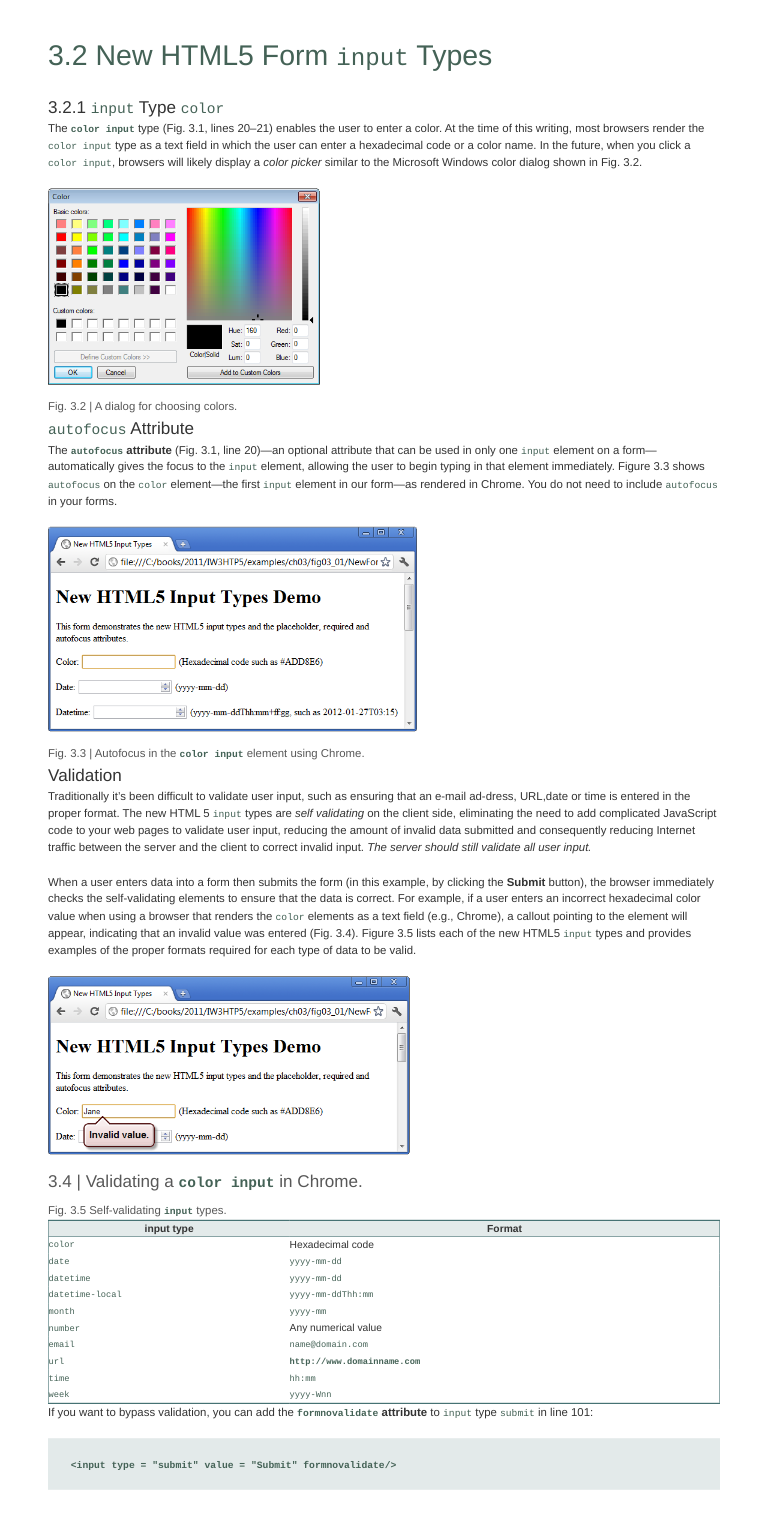
Repository: mlmEFSC21/P4-Textbook-Copy
Page: index.html
The author's editor kept a copy of each file at every save. The page is drawn from the files as they stood at one save, then again after the next save.
The browser window is 1280 px wide. The pictures show the whole page, at 60% of full size.

Above is the page before, as saved 2022-02-03 18:54:20.

### index.html
<!DOCTYPE html>
<html lang="en">
    <head>
        <meta charset="UTF-8" />
        <meta http-equiv="X-UA-Compatible" content="IE=edge" />
        <meta name="viewport" content="width=device-width, initial-scale=1.0" />
        <link rel="stylesheet" href="bookStyles.css" />
        <title>Laying Out Book Pages</title>
    </head>
    <header>
        <h1>
            3.2 New HTML5 Form <code><span class="header1">input</span></code> Types
        </h1>
    </header>
    <body>
        <section class="color-input-type">
            <header>
                <h2>3.2.1 <code>input</code> Type <code>color</code></h2>
            </header>
            <p>
                The <code><span class="code-heavy">color input</span></code> type (Fig. 3.1, lines
                20–21) enables the user to enter a color. At the time of this writing, most browsers
                render the <code>color input</code> type as a text field in which the user can enter
                a hexadecimal code or a color name. In the future, when you click a
                <code>color input</code>, browsers will likely display a
                <em>color picker</em> similar to the Microsoft Windows color dialog shown in Fig.
                3.2.
            </p>
            <figure>
                <img src="images\OperaColorInput.png" alt="Microsoft Windows color dialog" />
                <figcaption>Fig. 3.2 | A dialog for choosing colors.</figcaption>
            </figure>
        </section>
        <section class="autofocus-attribute">
            <header>
                <h2><code>autofocus</code> Attribute</h2>
            </header>
            <p>
                The <code><span class="code-heavy">autofocus</span></code>
                <strong>attribute</strong> (Fig. 3.1, line 20)—an optional attribute that can be
                used in only one <code>input</code> element on a form—automatically gives the focus
                to the <code>input</code> element, allowing the user to begin typing in that element
                immediately. Figure 3.3 shows <code>autofocus</code> on the
                <code>color</code> element—the first <code>input</code> element in our form—as
                rendered in Chrome. You do not need to include <code>autofocus</code> in your forms.
            </p>
            <figure>
                <img
                    src="images\Autofocus.png"
                    alt="web page demo of autofocus on a color input field"
                />
                <figcaption>
                    Fig. 3.3 | Autofocus in the
                    <code><span class="code-heavy">color input</span></code> element using Chrome.
                </figcaption>
            </figure>
        </section>
        <section class="input-validation">
            <header>
                <h2>Validation</h2>
            </header>
            <p>
                Traditionally it’s been difficult to validate user input, such as ensuring that an
                e-mail ad-dress, URL,date or time is entered in the proper format. The new HTML 5
                <code>input</code> types are <em>self validating</em> on the client side,
                eliminating the need to add complicated JavaScript code to your web pages to
                validate user input, reducing the amount of invalid data submitted and consequently
                reducing Internet traffic between the server and the client to correct invalid
                input. <em>The server should still validate all user input.</em>
            </p>
            <p>
                When a user enters data into a form then submits the form (in this example, by
                clicking the <strong>Submit</strong> button), the browser immediately checks the
                self-validating elements to ensure that the data is correct. For example, if a user
                enters an incorrect hexadecimal color value when using a browser that renders the
                <code>color</code> elements as a text field (e.g., Chrome), a callout pointing to
                the element will appear, indicating that an invalid value was entered (Fig. 3.4).
                Figure 3.5 lists each of the new HTML5 <code>input</code> types and provides
                examples of the proper formats required for each type of data to be valid.
            </p>
            <figure>
                <img
                    src="images\SelfValidationChrome.png"
                    alt="web page demo of validation preventing a non color input into a color input field"
                />
                <figcaption>
                    <header>
                        <h2 class="fig-cap">
                            3.4 | Validating a
                            <code><span class="code-heavy">color input</span></code> in Chrome.
                        </h1>
                    </header>
                </figcaption>
            </figure>
        </section>
        <section class="self-validating-types">
            <figure>
                <figcaption>
                    Fig. 3.5 Self-validating
                    <code><span class="code-heavy">input</span></code> types.
                </figcaption>
                <table class="validation-table">
                    <thead>
                        <th>input type</th>
                        <th>Format</th>
                    </thead>
                    <tr>
                        <td><code>color</code></td>
                        <td>Hexadecimal code</td>
                    </tr>
                    <tr>
                        <td><code>date</code></td>
                        <td><code>yyyy-mm-dd</code></td>
                    </tr>
                    <tr>
                        <td><code>datetime</code></td>
                        <td><code>yyyy-mm-dd</code></td>
                    </tr>
                    <tr>
                        <td><code>datetime-local</code></td>
                        <td><code>yyyy-mm-ddThh:mm</code></td>
                    </tr>
                    <tr>
                        <td><code>month</code></td>
                        <td><code>yyyy-mm</code></td>
                    </tr>
                    <tr>
                        <td><code>number</code></td>
                        <td>Any numerical value</td>
                    </tr>
                    <tr>
                        <td><code>email</code></td>
                        <td><code>name@domain.com</code></td>
                    </tr>
                    <tr>
                        <td><code>url</code></td>
                        <td>
                            <a href="http://www.domainname.com"
                                ><code>http://www.domainname.com</code></a
                            >
                        </td>
                    </tr>
                    <tr>
                        <td><code>time</code></td>
                        <td><code>hh:mm</code></td>
                    </tr>
                    <tr>
                        <td><code>week</code></td>
                        <td><code>yyyy-Wnn</code></td>
                    </tr>
                </table>
            </figure>
            <aside>
                <p>
                    If you want to bypass validation, you can add the
                    <code><span class="code-heavy">formnovalidate</span></code>
                    <strong>attribute</strong> to <code>input</code> type <code>submit</code> in
                    line 101:
                </p>
                <div class="form-no-val">
                    <span class="code-heavy"
                        ><code
                            >&lt;input type = "submit" value = "Submit" formnovalidate/&gt;</code
                        ></span
                    >
                </div>
            </aside>
        </section>
    </body>
</html>

### bookStyles.css
:root {
    --clr-prime: #;
    --clr-font-prime: #333;
    --clr-font-code: #446256;
    --clr-font-links: #275b8a;
    --clr-font-fig-figcap: #585858;
    --clr-background: white;
    --clr-background-accent: rgba(70, 114, 115, 0.15);
}
*,
*::before,
*::after {
    margin: 0;
    padding: 0;
    box-sizing: border-box;
}
html {
    font-size: 19px;
    font-family: sans-serif;
}
body {
    font-family: "Helvetica Neue", Helvetica, Arial, "Lucida Grande", sans-serif;
    margin: 57px 0;
    padding: 0 80px;
    padding: auto;
    line-height: 1.5;
    background-color: var(--clr-background);
    color: var(--clr-font-prime);
}
h1 {
    font-size: 2.5em;
    margin-top: 1.15em;
    margin-bottom: 0.6em;
    font-style: normal;
    font-weight: 300;
    line-height: 1.5;
}
h2 {
    font-weight: 400;
}
h1,
code {
    color: var(--clr-font-code);
}
figure figcaption {
    margin-top: 0.75em;
    color: var(--clr-font-fig-figcap);
    font-weight: 300;
}
figure header h1 {
    margin-bottom: 0;
    font-size: 1em;
    color: var(--clr-font-fig-figcap)
    font-weight: 700;
}
code {
    font-family: Courier, "Courier New", monospace;
    font-size: 0.85em;
}
.code-heavy {
    font-weight: 900;
}
p {
    margin-bottom: 1.5em;
}
table {
    width: 100%;
    border-style: solid;
    border-width: 2px 1px 2px;
    border-color: #467273;
    border-radius: 0;
    font-size: .9em;
    line-height: 1.5em;
    border-collapse: collapse;
}
th {
    border-bottom: 1px solid #467273;
}
tr {
    display: table-row;
}
div {
    padding: 1.5em 0 1.5em 2em;
}
th,
div {
    background-color: var(--clr-background-accent);
}
a {
    color: var(--clr-font-links);
    text-decoration: none;
    font-weight: 700;
    cursor: pointer;
}

After the next save:
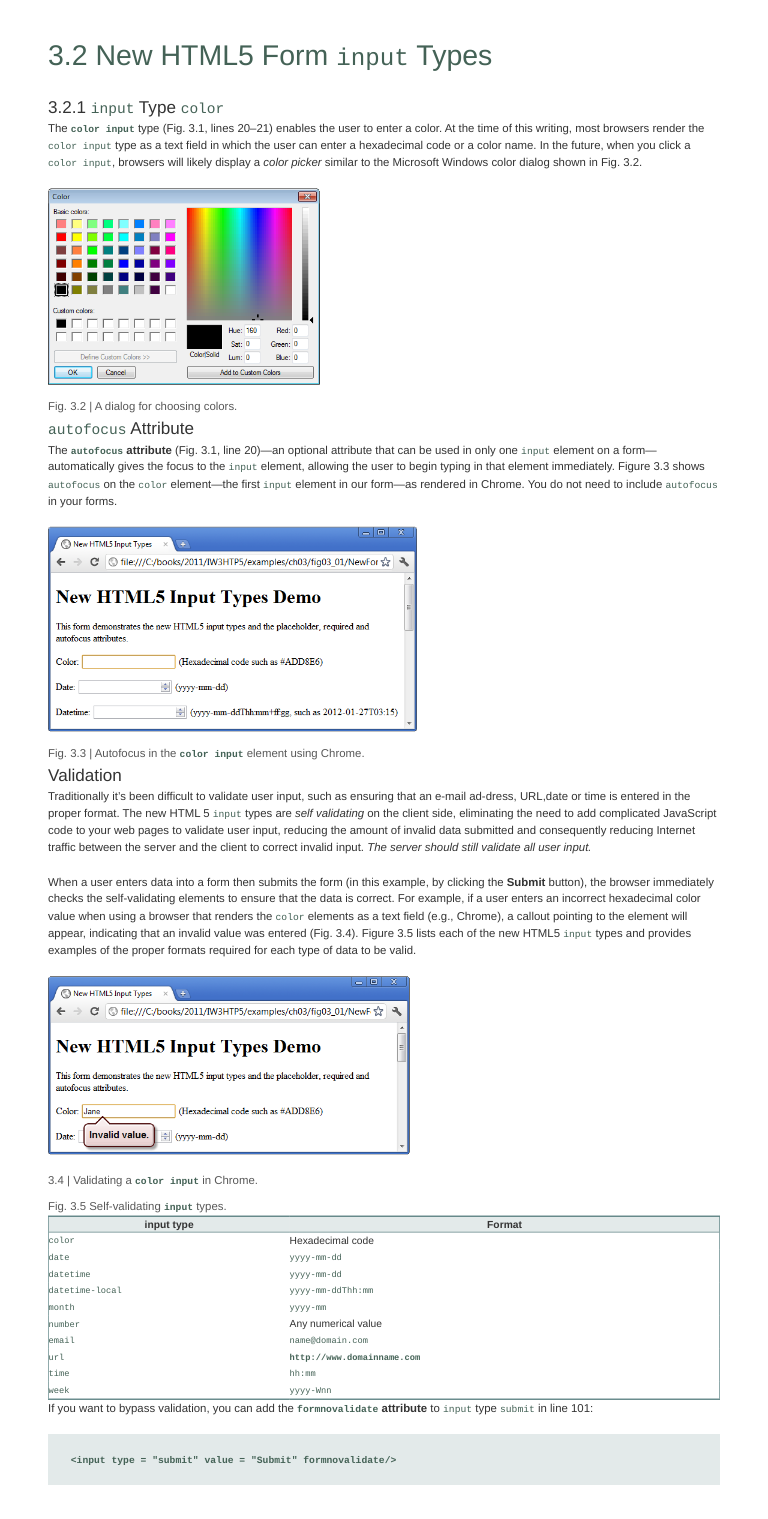
Saved 66 s later.
--- a/index.html
+++ b/index.html
@@ -85,7 +85,7 @@
                 />
                 <figcaption>
                     <header>
-                        <h2 class="fig-cap">
+                        <h1 class="fig-cap">
                             3.4 | Validating a
                             <code><span class="code-heavy">color input</span></code> in Chrome.
                         </h1>
@@ -104,50 +104,52 @@
                         <th>input type</th>
                         <th>Format</th>
                     </thead>
-                    <tr>
-                        <td><code>color</code></td>
-                        <td>Hexadecimal code</td>
-                    </tr>
-                    <tr>
-                        <td><code>date</code></td>
-                        <td><code>yyyy-mm-dd</code></td>
-                    </tr>
-                    <tr>
-                        <td><code>datetime</code></td>
-                        <td><code>yyyy-mm-dd</code></td>
-                    </tr>
-                    <tr>
-                        <td><code>datetime-local</code></td>
-                        <td><code>yyyy-mm-ddThh:mm</code></td>
-                    </tr>
-                    <tr>
-                        <td><code>month</code></td>
-                        <td><code>yyyy-mm</code></td>
-                    </tr>
-                    <tr>
-                        <td><code>number</code></td>
-                        <td>Any numerical value</td>
-                    </tr>
-                    <tr>
-                        <td><code>email</code></td>
-                        <td><code>name@domain.com</code></td>
-                    </tr>
-                    <tr>
-                        <td><code>url</code></td>
-                        <td>
-                            <a href="http://www.domainname.com"
-                                ><code>http://www.domainname.com</code></a
-                            >
-                        </td>
-                    </tr>
-                    <tr>
-                        <td><code>time</code></td>
-                        <td><code>hh:mm</code></td>
-                    </tr>
-                    <tr>
-                        <td><code>week</code></td>
-                        <td><code>yyyy-Wnn</code></td>
-                    </tr>
+                    <tbody>
+                        <tr>
+                            <td><code>color</code></td>
+                            <td>Hexadecimal code</td>
+                        </tr>
+                        <tr>
+                            <td><code>date</code></td>
+                            <td><code>yyyy-mm-dd</code></td>
+                        </tr>
+                        <tr>
+                            <td><code>datetime</code></td>
+                            <td><code>yyyy-mm-dd</code></td>
+                        </tr>
+                        <tr>
+                            <td><code>datetime-local</code></td>
+                            <td><code>yyyy-mm-ddThh:mm</code></td>
+                        </tr>
+                        <tr>
+                            <td><code>month</code></td>
+                            <td><code>yyyy-mm</code></td>
+                        </tr>
+                        <tr>
+                            <td><code>number</code></td>
+                            <td>Any numerical value</td>
+                        </tr>
+                        <tr>
+                            <td><code>email</code></td>
+                            <td><code>name@domain.com</code></td>
+                        </tr>
+                        <tr>
+                            <td><code>url</code></td>
+                            <td>
+                                <a href="http://www.domainname.com"
+                                    ><code>http://www.domainname.com</code></a
+                                >
+                            </td>
+                        </tr>
+                        <tr>
+                            <td><code>time</code></td>
+                            <td><code>hh:mm</code></td>
+                        </tr>
+                        <tr>
+                            <td><code>week</code></td>
+                            <td><code>yyyy-Wnn</code></td>
+                        </tr>
+                    </tbody>
                 </table>
             </figure>
             <aside>
